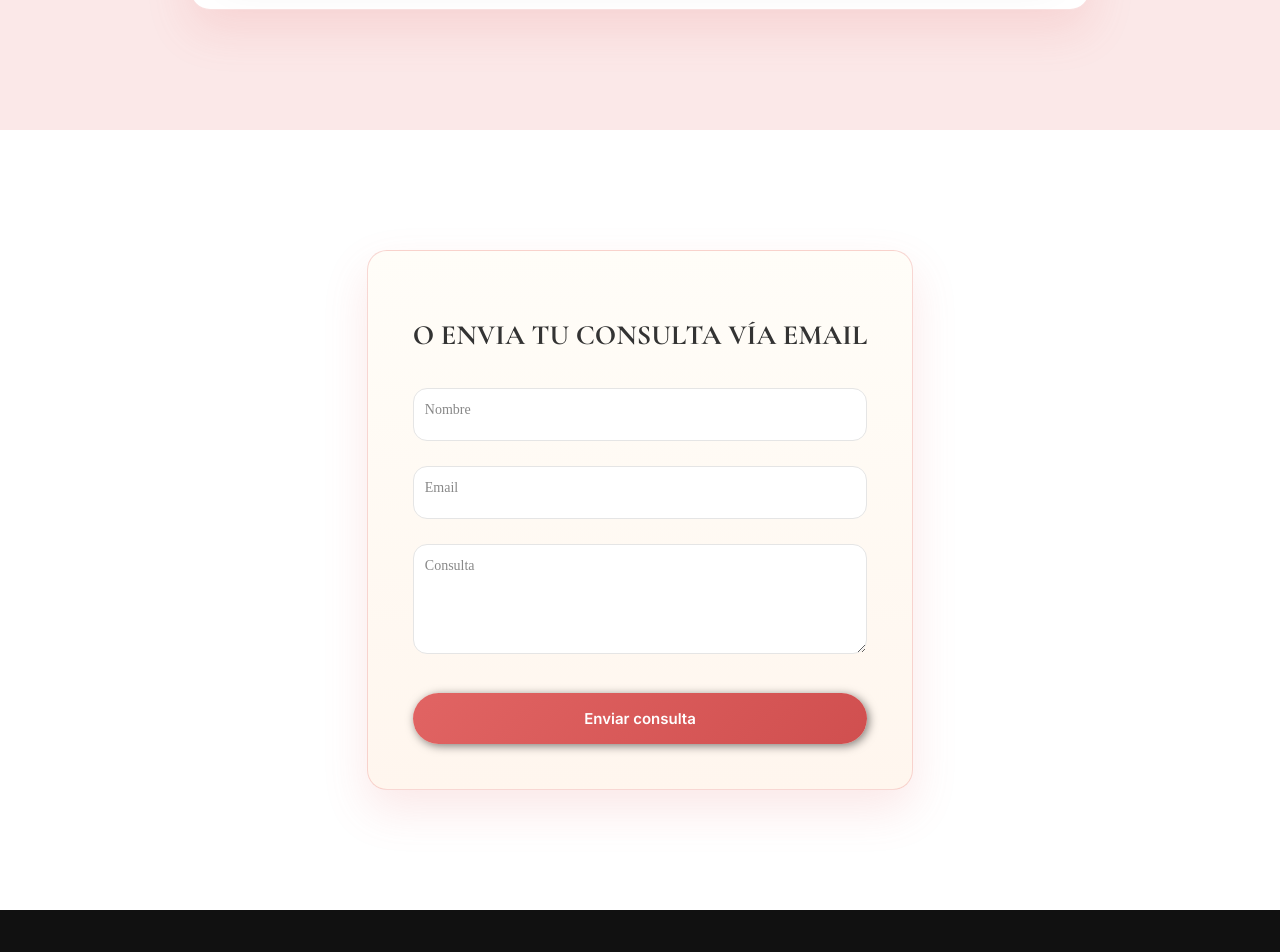
Repository: thiagobal1891-sudo/paginaweb
Page: pages/agenda.html
These files come from the project's save history. The page is drawn as it stood at one moment and after the next save; the edit follows.
The browser window is 1280 px wide. The pictures show the part of the page from y = 1047 to 1999 px (the page is 2295 px tall before and 2249 px after).
Some web fonts or font styles are not loaded; a fallback is used.

Above is the page before, as saved 2026-03-11 13:02:37.
Console error: ReferenceError: emailjs is not defined

After the next save:
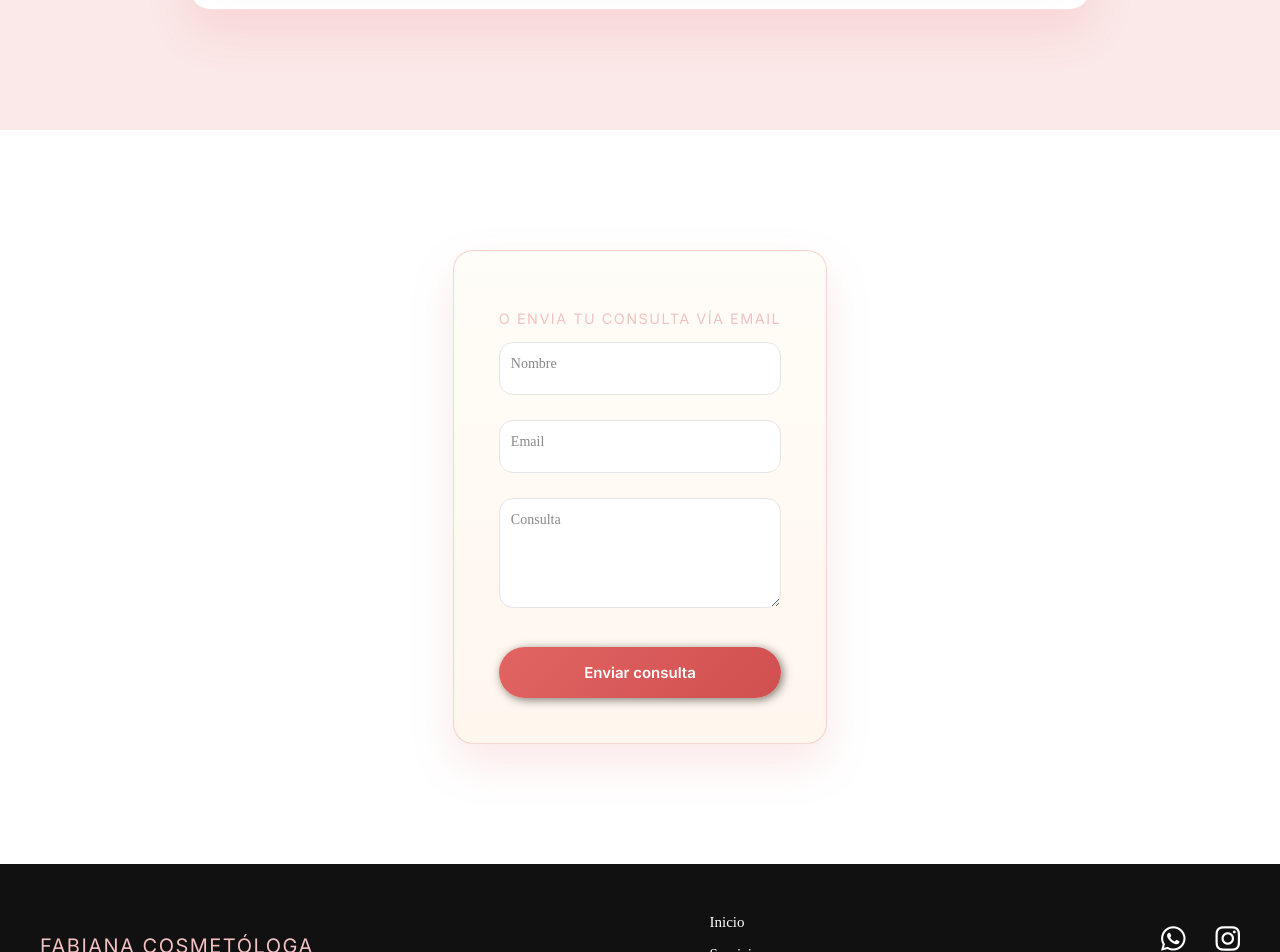
Saved 17 s later.
--- a/pages/agenda.html
+++ b/pages/agenda.html
@@ -56,7 +56,7 @@ style="border:0">
   <div class="container">
 
     <div class="consulta-card">
-      <h2>O ENVIA TU CONSULTA VÍA EMAIL</h2>
+      <h3>O ENVIA TU CONSULTA VÍA EMAIL</h3>
 
       <form id="consulta-form">
         <div class="form-group">
